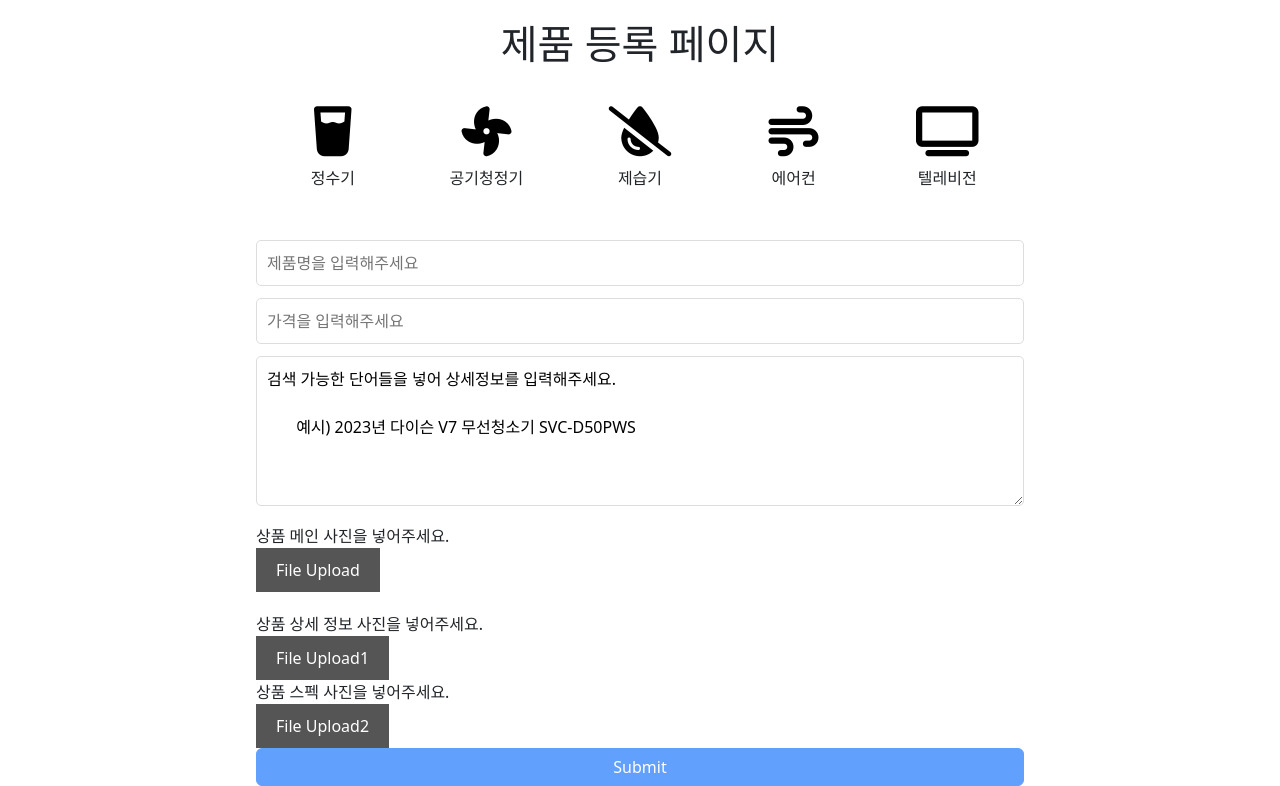
Repository: bbqju13/52si
Page: http://localhost/spring/WEB-INF/views/product/register.jsp
These files come from the project's save history. The page is drawn as it stood at one moment and after the next save; the edit follows.
The browser window is 1280 px wide. The pictures show the whole page.
Some web libraries are served in a nearby version. The page is served by Tomcat 9. Nobody is signed in. Other server files are loaded and not shown. The template is opened directly, without the code that normally fills it, so the values that code supplies are empty.

Above is the page before, as saved 2023-07-28 05:23:13.

### spring/src/main/webapp/WEB-INF/views/product/register.jsp
<%@ page language="java" contentType="text/html; charset=UTF-8"
    pageEncoding="UTF-8"%>
<%@ taglib uri="http://java.sun.com/jsp/jstl/core" prefix="c" %>
<!DOCTYPE html>
<html>
<head>
<meta charset="UTF-8">
<title>Product Register Page</title>
<link rel="stylesheet" href="/resources/css/product/register.css">
<script src="https://kit.fontawesome.com/e927512ef5.js" crossorigin="anonymous"></script>
<link href="https://cdn.jsdelivr.net/npm/bootstrap@5.3.1/dist/css/bootstrap.min.css" rel="stylesheet" integrity="sha384-4bw+/aepP/YC94hEpVNVgiZdgIC5+VKNBQNGCHeKRQN+PtmoHDEXuppvnDJzQIu9" crossorigin="anonymous">
<script src="https://cdn.jsdelivr.net/npm/bootstrap@5.3.1/dist/js/bootstrap.bundle.min.js" integrity="sha384-HwwvtgBNo3bZJJLYd8oVXjrBZt8cqVSpeBNS5n7C8IVInixGAoxmnlMuBnhbgrkm" crossorigin="anonymous"></script>
</head>
<body>
	<h1>제품 등록 페이지</h1>
	 <form action="/product/register" method="post" id="registerForm" class="was-validated" enctype="multipart/form-data">
        <div id="productDiv">
            <ul>
                <li class="product" data-value="정수기">
                    <div>
                        <i class="fa-solid fa-glass-water" style="color: #000000;"></i>
                        <div class="product-name">정수기</div>
                    </div>
                </li>
                <li class="product" data-value="공기청정기">
                    <div>
                        <i class="fa-solid fa-fan" style="color: #000000;"></i>
                        <div class="product-name">공기청정기</div>
                    </div>
                </li>
                <li class="product" data-value="제습기">
                    <div>
                        <i class="fa-solid fa-droplet-slash" style="color: #000000;"></i>
                        <div class="product-name">제습기</div>
                    </div>
                </li>
                <li class="product" data-value="에어컨">
                    <div>
                        <i class="fa-solid fa-wind" style="color: #000000;"></i>
                        <div class="product-name">에어컨</div>
                    </div>
                </li>
                <li class="product" data-value="텔레비전">
                    <div>
                        <i class="fa-solid fa-tv" style="color: #000000;"></i>
                        <div class="product-name">텔레비전</div>
                    </div>
                </li>
            </ul>
        </div>
        <input type="hidden" name="type_a" id="mySelection">
        <p id="type_aError" class="error" style="color: red; display: none;">제품 카테고리를 입력해주세요.</p>
       <br>
       <input name="pname" placeholder="제품명을 입력해주세요"> <br>
       <p id="pnameError" class="error" style="color: red; display: none;">제품명을 입력해주세요.</p>
       <input id="priceInput" name="price" placeholder="가격을 입력해주세요"> <br>
       <p id="priceError" class="error" style="color: red; display: none;">숫자만 입력해주세요.</p>
       <textarea name="content" cols="50" rows="10">검색 가능한 단어들을 넣어 상세정보를 입력해주세요.&#10;
       예시) 2023년 다이슨 V7 무선청소기 SVC-D50PWS
       </textarea> <br>
       <div class="fileDiv">
	       상품 메인 사진을 넣어주세요.<input type="file" id="files" name="files" style="display: none" class="form-control" aria-label="file example" required> <br>
	       <button type="button" id="trigger">File Upload</button> <br>
	       <div id="fileZone">

	       </div>
	   </div>

	   <div class="fileDiv">
	       상품 상세 정보 사진을 넣어주세요.<input type="file" id="files1" name="files" style="display: none" class="form-control" aria-label="file example" required> <br>
	       <button type="button" id="trigger1">File Upload1</button> <br>
	       <div id="fileZone1">

	       </div>
       </div>

       <div class="fileDiv">
	       상품 스펙 사진을 넣어주세요.<input type="file" id="files2" name="files" style="display: none" class="form-control" aria-label="file example" required> <br>
	       <button type="button" id="trigger2">File Upload2</button> <br>
	       <div id="fileZone2">

	       </div>
       </div>
       <button onclick="validateButton(event)" id="regBtn" class="btn btn-primary" type="submit" disabled>Submit</button>
    </form>

	<script type="text/javascript" src="/resources/js/product/productRegister.js"></script>
	<script type="text/javascript">
	    const thereis = `<c:out value="${thereis}"/>`;
	    console.log(thereis);
	    if (thereis === "1") {
	        alert("같은 상품명이 존재합니다. 다시 입력해주세요.");
	        document.getElementById("registerForm").addEventListener("submit", function(e) {
	        });
	    }
</script>
</body>
</html>

### spring/src/main/webapp/resources/css/product/register.css
body {
    font-family: 'Helvetica Neue', Helvetica, Arial, sans-serif;
    background-color: #fff;
    color: #333;
    margin: 0;
    padding: 0;
}

h1 {
    text-align: center;
    padding: 20px 0;
}

form {
    width: 60%;
    margin: 0 auto;
}

input, textarea {
    width: 100%;
    margin: 10px;
    padding: 10px;
    font-size: 0.8em;
    border-radius: 5px;
    border: 1px solid #ddd;
    margin-bottom: 12px !important;
}

textarea {
    height: 150px;
}

li {
    list-style-type: none;
    flex: 1;
    text-align: center;
    padding: 10px;
    box-sizing: border-box;
    margin: 0 5px;
}

ul {
    display: flex;
    justify-content: space-between;
    cursor: pointer;
    padding-left: 0px !important;
    margin-bottom: 12px;
}

.product-clicked {
    background-color: rgba(128, 128, 128, 0.5);
   	padding: 10px;
   	margin-top: -10px;
    border-radius: 5px;
    animation: pop 0.6s;
}
@keyframes pop {
    0% { transform: scale(1); }
    50% { transform: scale(1.2); }
    100% { transform: scale(1); }
}

i {
    font-size: 50px;
    display: block;
    margin-bottom: 10px;
}

button {
    background-color: #555;
    color: #fff;
    border: none;
    padding: 10px 20px;
    text-align: center;
    text-decoration: none;
    display: inline-block;
    font-size: 16px;
    margin: 4px 2px;
    cursor: pointer;
}

button:hover {
    background-color: #343638;
}

#regBtn {
    width: 100%;
}

#fileZone {
    margin-bottom: 20px;
}

.product-name {
	white-space:nowrap;
}

.error {
	text-align: center;
}

#type_aError {
	margin: 0;
}

### spring/src/main/webapp/resources/js/product/productRegister.js
document.getElementById('trigger').addEventListener('click', () => {
    document.getElementById('files').click();
})

document.getElementById('trigger1').addEventListener('click', () => {
    document.getElementById('files1').click();
})

document.getElementById('trigger2').addEventListener('click', () => {
    document.getElementById('files2').click();
})

const regExp = new RegExp("\.(exe|sh|bat|msi|dll|js)$");
const regExpImg = new RegExp("\.(jpg|jpeg|png|gif|bmp)$");
const maxSize = 1024*1024*20;

function fileSizeValidation(fileName, fileSize) {
    if(regExp.test(fileName)) {
        return 0;
    } else if(fileSize > maxSize) {
        return 0;
    } else {
        return 1;
    }
}

document.addEventListener('change', (e) => {
    console.log(e.target);
    if(e.target.id=='files') {
        document.getElementById('regBtn').disabled=false;
        const fileObject = document.getElementById('files').files;
        console.log(fileObject);

        let div = document.getElementById('fileZone');
        div.innerHTML = '';
        let ul = `<ul>`;
        let isOk = 1;
        for(let file of fileObject) {
            console.log(file);
            let validResult = fileSizeValidation(file.name, file.size);
            isOk*=validResult;
            ul += `<li>`;
            ul += `${validResult ? '<div>업로드 가능':'<div>업로드 불가능'}</div>`;
            ul += `${file.name}`;
            ul += `<span class="badge rounded-pill text-bg-${validResult?'success':'danger'}">${file.size}Bytes</span></li>`;
        }
        ul += `</ul>`;
        div.innerHTML = ul;
        if(isOk==0) {
            document.getElementById('regBtn').disabled = true;
        }

    }
})

document.addEventListener('change', (e) => {
    console.log(e.target);
    if(e.target.id=='files1') {
        document.getElementById('regBtn').disabled=false;
        const fileObject = document.getElementById('files1').files;
        console.log(fileObject);

        let div1 = document.getElementById('fileZone1');
        div1.innerHTML = '';
        let ul = `<ul>`;
        let isOk = 1;
        for(let file of fileObject) {
            console.log(file);
            let validResult = fileSizeValidation(file.name, file.size);
            isOk*=validResult;
            ul += `<li>`;
            ul += `${validResult ? '<div>업로드 가능':'<div>업로드 불가능'}</div>`;
            ul += `${file.name}`;
            ul += `<span class="badge rounded-pill text-bg-${validResult?'success':'danger'}">${file.size}Bytes</span></li>`;
        }
        ul += `</ul>`;
        div1.innerHTML = ul;
        if(isOk==0) {
            document.getElementById('regBtn').disabled = true;
        }

    }
})

document.addEventListener('change', (e) => {
    console.log(e.target);
    if(e.target.id=='files2') {
        document.getElementById('regBtn').disabled=false;
        const fileObject = document.getElementById('files2').files;
        console.log(fileObject);

        let div1 = document.getElementById('fileZone2');
        div1.innerHTML = '';
        let ul = `<ul>`;
        let isOk = 1;
        for(let file of fileObject) {
            console.log(file);
            let validResult = fileSizeValidation(file.name, file.size);
            isOk*=validResult;
            ul += `<li>`;
            ul += `${validResult ? '<div>업로드 가능':'<div>업로드 불가능'}</div>`;
            ul += `${file.name}`;
            ul += `<span class="badge rounded-pill text-bg-${validResult?'success':'danger'}">${file.size}Bytes</span></li>`;
        }
        ul += `</ul>`;
        div1.innerHTML = ul;
        if(isOk==0) {
            document.getElementById('regBtn').disabled = true;
        }

    }
})

window.onload = function(){
    var products = document.querySelectorAll('.product');
    products.forEach(function(product){
        product.addEventListener('click', function(e){
            // remove product-clicked from all products
            products.forEach(function(prod){
                prod.firstElementChild.classList.remove('product-clicked');
            });

            // add product-clicked to the clicked product
            e.currentTarget.firstElementChild.classList.add('product-clicked');

            // update the hidden input with the data-value of the clicked product
            document.getElementById('mySelection').value = e.currentTarget.dataset.value;
        });
    });
}

function validateButton(event) {
    var type_aInput = document.querySelector('input[name="type_a"]');
    var type_aError = document.getElementById("type_aError");
    var pnameInput = document.querySelector('input[name="pname"]');
    var pnameError = document.getElementById("pnameError");
    var priceInput = document.querySelector('input[name="price"]');
    var priceError = document.getElementById("priceError");
    var contentTextarea = document.querySelector('textarea[name="content"]');
    var isFormValid = true; // 폼 유효성 검사 결과
    console.log(isFormValid);

    if (type_aInput.value.trim() === "") {
        isFormValid = false;
        type_aError.style.display = "block";
    } else {
        type_aError.style.display = "none";
    }

    if (pnameInput.value.trim() === "") {
        isFormValid = false;
        pnameError.style.display = "block";
    } else {
        pnameError.style.display = "none";
    }

    if (priceInput.value.trim() === "" || isNaN(priceInput.value)) {
        isFormValid = false;
        priceError.style.display = "block";
    } else {
        priceError.style.display = "none";
    }

    if (contentTextarea.value.trim() === "") {
        isFormValid = false;
    }

    console.log(isFormValid);
    // 폼 전송 막기
    if (!isFormValid) {
        event.preventDefault();
    }
}

After the next save:
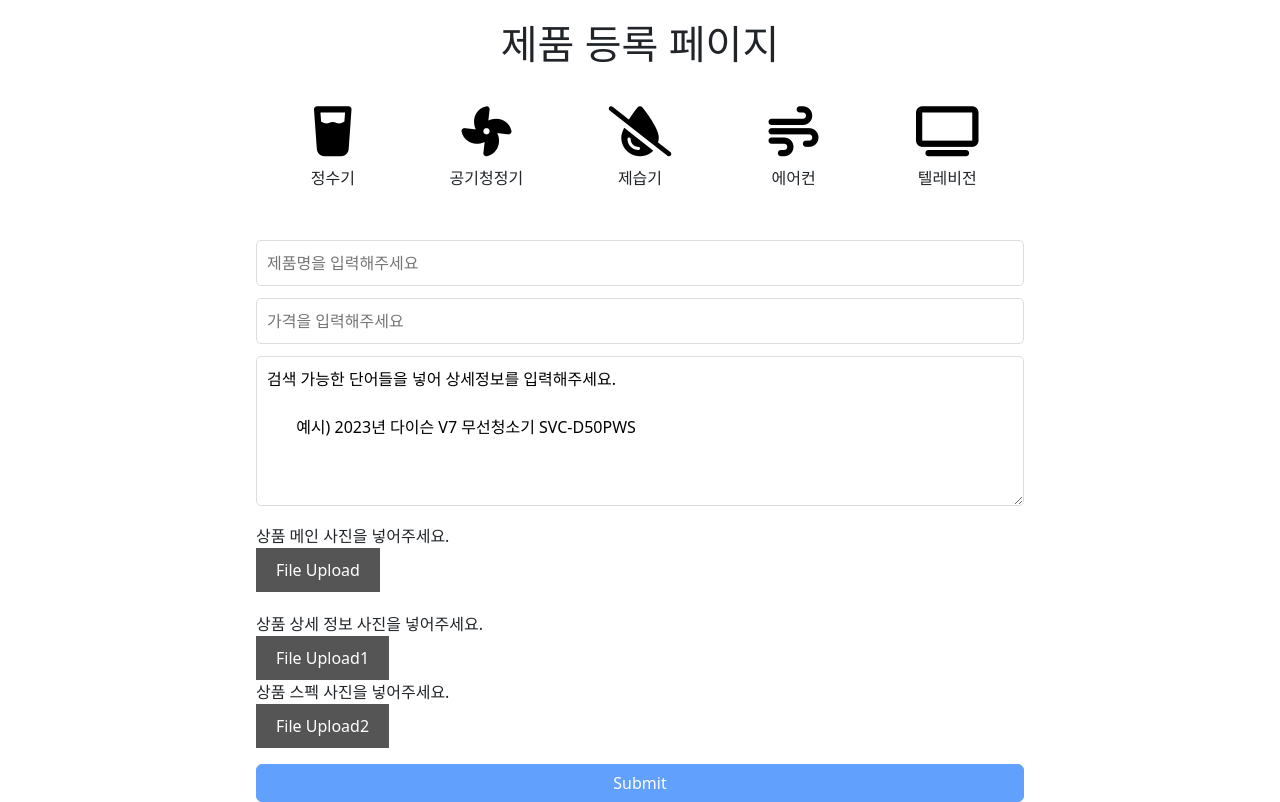
Saved 35 s later.
--- a/spring/src/main/webapp/resources/css/product/register.css
+++ b/spring/src/main/webapp/resources/css/product/register.css
@@ -102,3 +102,7 @@ button:hover {
 #type_aError {
 	margin: 0;
 }
+
+#regBtn {
+	margin-top: 16px;
+}
